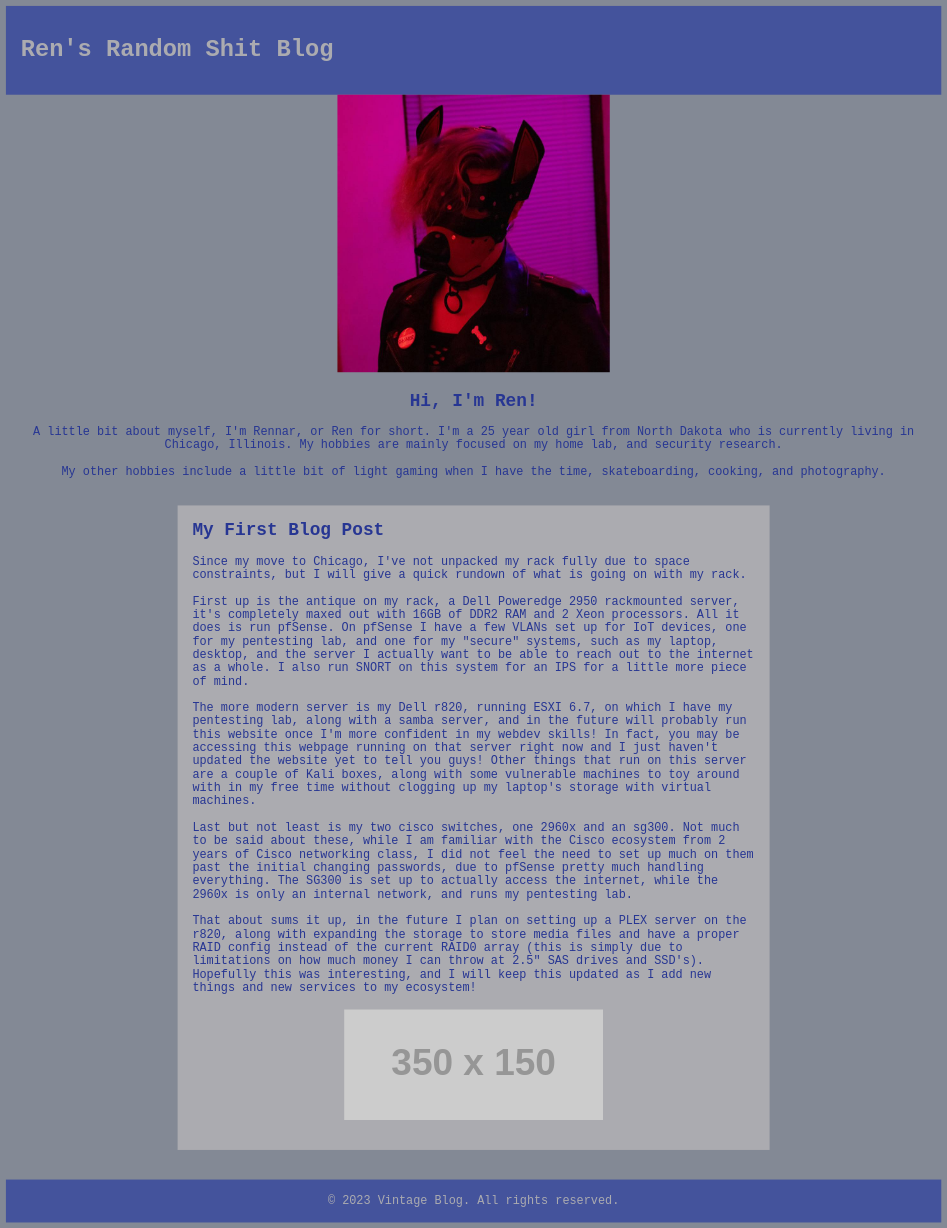
Repository: RennarDeer/RenDev
Page: index.html
An editor plug-in stored every save of this project. The page is shown before and after the next save, followed by the edit.
The browser window is 1280 px wide. The pictures show the whole page, at 74% of full size.

Above is the page before, as saved 2023-02-14 22:18:41.

### index.html
<!DOCTYPE html>
<html>
  <head>
    <title>Rennar's Website</title>
    <link rel="stylesheet" type="text/css" href="style.css">
  </head>
  <body>
    <header>
      <h1>Ren's Random Shit Blog</h1>

    </header>
     <!-- "About" section -->
     <section id="about" class="intro">
        <!--Replace with your own image-->
        <center><img src="renpic.JPG"
            alt="RennarPicture" height=375px;>
        <h2 class="section-title">Hi, I'm Ren!</h2>
        <p>
            A little bit about myself, I'm Rennar, or Ren for short. I'm a 25 year old girl from North Dakota
            who is currently living in Chicago, Illinois. My hobbies are mainly focused on my home lab, and security research.
            <br><br>
            My other hobbies include a little bit of light gaming when I have the time, skateboarding, cooking, and photography.</center>
	</p>
    </section>
    <main>
      <article>
        <h2>My First Blog Post</h2>
        Since my move to Chicago, I've not unpacked my rack fully due to space constraints, but I will
                        give a quick rundown of what is going on with my rack.

                            <br><br>


                        First up is the antique on my rack, a Dell Poweredge 2950 rackmounted server, it's completely
                        maxed out with 16GB of DDR2 RAM and 2 Xeon processors. All it does is run pfSense. On pfSense
                        I have a few VLANs set up for IoT devices, one for my pentesting lab, and one for my "secure"
                        systems, such as my laptop, desktop, and the server I actually want to be able to reach out
                        to the internet as a whole. I also run SNORT on this system for an IPS for a little more piece
                        of mind.

                            <br><br>

                        The more modern server is my Dell r820, running ESXI 6.7, on which I have my pentesting lab,
                        along with a samba server, and in the future will probably run this website once I'm more confident
                        in my webdev skills! In fact, you may be accessing this webpage running on that server right now and
                        I just haven't updated the website yet to tell you guys! Other things that run on this server are a
                        couple of Kali boxes, along with some vulnerable machines to toy around with in my free time without
                        clogging up my laptop's storage with virtual machines.

                            <br><br>

                        Last but not least is my two cisco switches, one 2960x and an sg300. Not much to be said about these,
                        while I am familiar with the Cisco ecosystem from 2 years of Cisco networking class, I did not feel
                        the need to set up much on them past the initial changing passwords, due to pfSense pretty much handling
                        everything. The SG300 is set up to actually access the internet, while the 2960x is only an internal
                        network, and runs my pentesting lab.

                            <br><br>

                        That about sums it up, in the future I plan on setting up a PLEX server on the r820, along with expanding
                        the storage to store media files and have a proper RAID config instead of the current RAID0 array (this is
                        simply due to limitations on how much money I can throw at 2.5" SAS drives and SSD's). Hopefully this was
                        interesting, and I will keep this updated as I add new things and new services to my ecosystem!
        <img src="https://via.placeholder.com/350x150" alt="Blog Post Image">
      </article>
    </main>
    <footer>
      &copy; 2023 Vintage Blog. All rights reserved.
    </footer>
  </body>
</html>

### style.css
body {
    background-color: #838995;
    color: #273693;
    font-family: "Courier New", Courier, monospace;
    font-size: 16px;
  }

  header {
    background-color: #44539c;
    color: #ababb0;
    padding: 20px;
    display: flex;
    justify-content: space-between;
    align-items: center;
  }

  nav ul {
    list-style: none;
    margin: 0;
    padding: 0;
    display: flex;
  }

  nav ul li {
    margin: 0 10px;
  }

  nav ul li a {
    color: #ababb0;
    text-decoration: none;
  }

  main {
    max-width: 800px;
    margin: 0 auto;
    padding: 20px;
  }

  article {
    background-color: #ababb0;
    padding: 20px;
    margin-bottom: 20px;
  }

  article h2 {
    color: #273693;
    font-size: 24px;
    margin-top: 0;
  }

  article img {
    display: block;
    margin: 20px auto;
  }

  footer {
    background-color: #44539c;
    color: #ababb0;
    padding: 20px;
    text-align: center;
  }

After the next save:
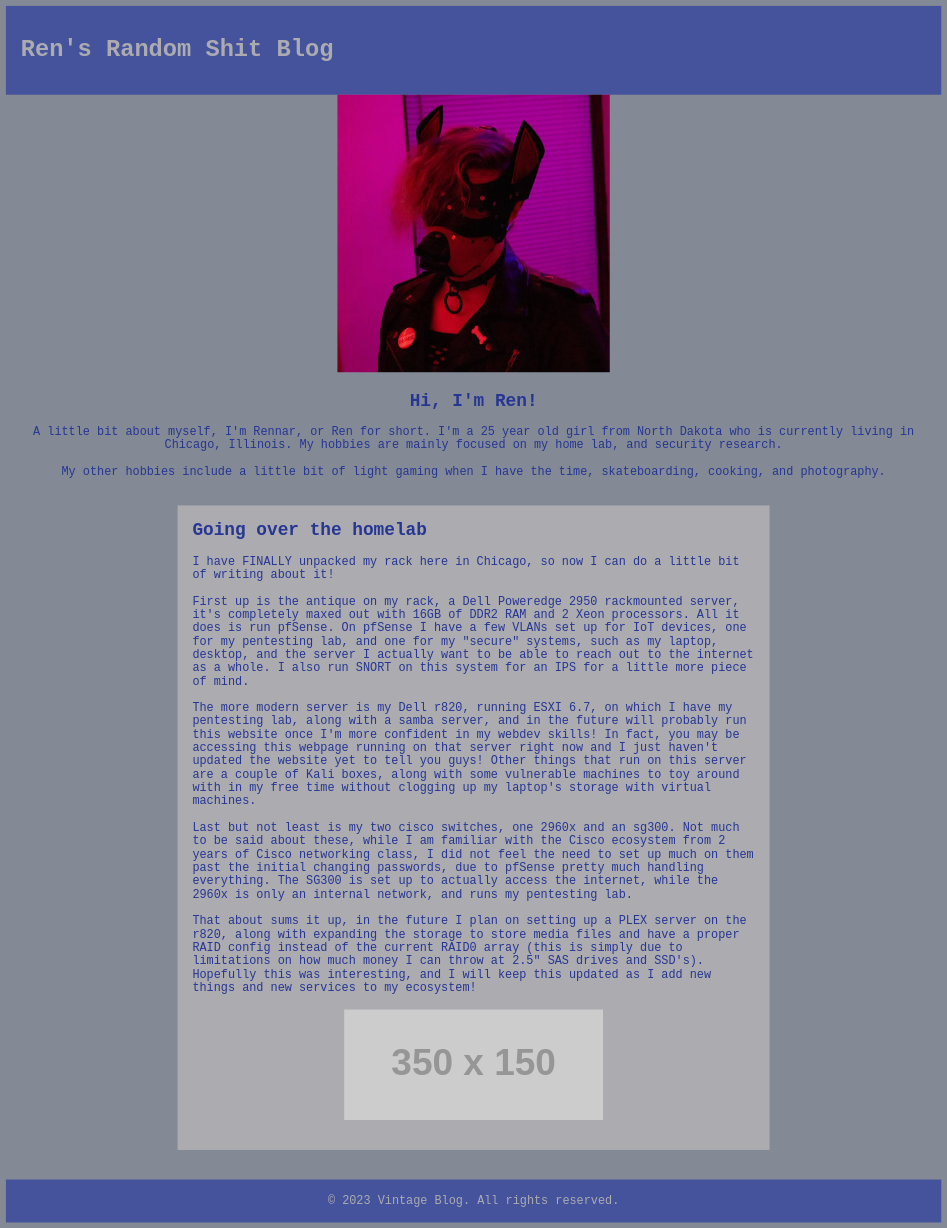
Saved 71 s later.
--- a/index.html
+++ b/index.html
@@ -24,9 +24,8 @@
     </section>
     <main>
       <article>
-        <h2>My First Blog Post</h2>
-        Since my move to Chicago, I've not unpacked my rack fully due to space constraints, but I will
-                        give a quick rundown of what is going on with my rack.
+        <h2>Going over the homelab</h2>
+                        I have FINALLY unpacked my rack here in Chicago, so now I can do a little bit of writing about it!
 
                             <br><br>
 
